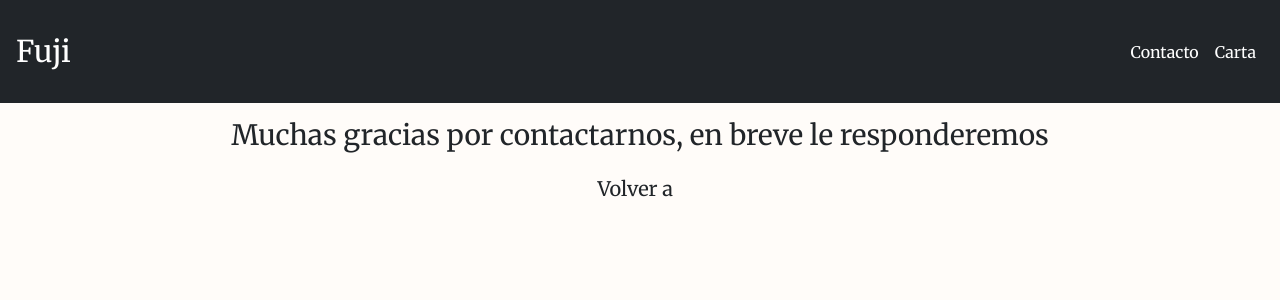
Repository: aipacheco/Fuji-restaurante
Page: answer.html
An editor plug-in stored every save of this project. The page is shown before and after the next save, followed by the edit.
The browser window is 1280 px wide. The pictures show the whole page.
Some web libraries are served in a nearby version.

Above is the page before, as saved 2024-01-29 18:45:46.

After the next save:
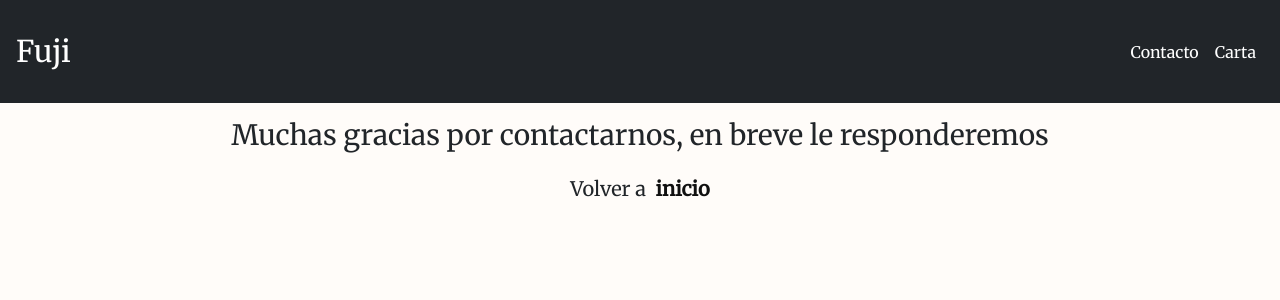
Saved 4 s later.
--- a/answer.html
+++ b/answer.html
@@ -59,7 +59,7 @@
         <h3>Muchas gracias por contactarnos, en breve le responderemos</h3>
       </div>
       <div class="row m-3">
-        <h5>Volver a &nbsp;</h5>
+        <h5>Volver a &nbsp;<strong><a class="answer" href="./index.html">inicio</a></strong></h5>
       </div>
     </div>
 
